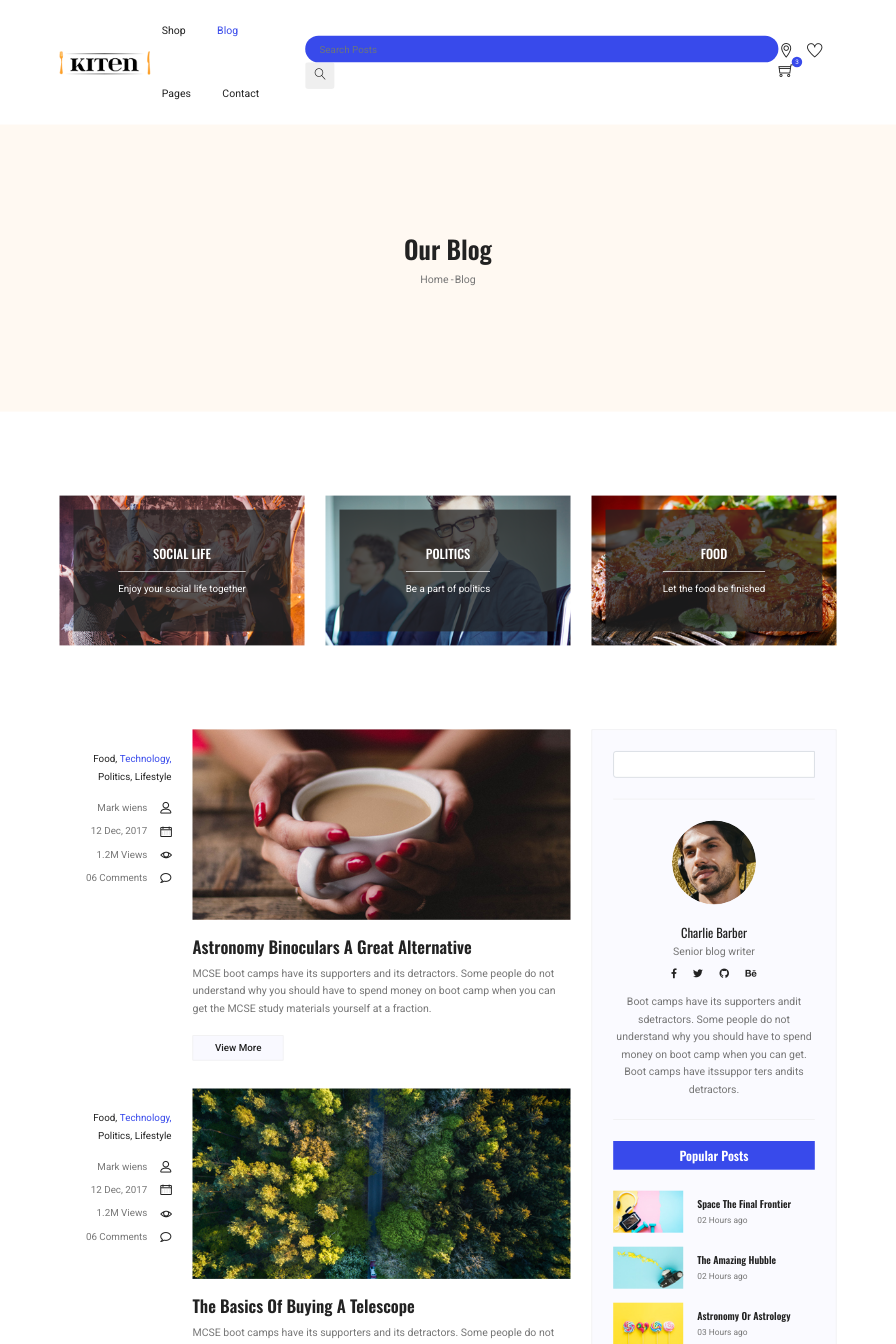
Repository: miniwon/semiProject_KITEN
Page: http://localhost/KITEN/WEB-INF/views/blog.jsp
An editor plug-in stored every save of this project. The page is shown before and after the next save, followed by the edit.
The browser window is 1280 px wide. The pictures show the part of the page from y = 0 to 1920 px (the page is 4573 px tall before and 4484 px after), at 70% of full size.
The page is served by Tomcat 9. Nobody is signed in. The template is opened directly, without the code that normally fills it, so the values that code supplies are empty.

Above is the page before, as saved 2022-11-17 02:47:30.

After the next save:
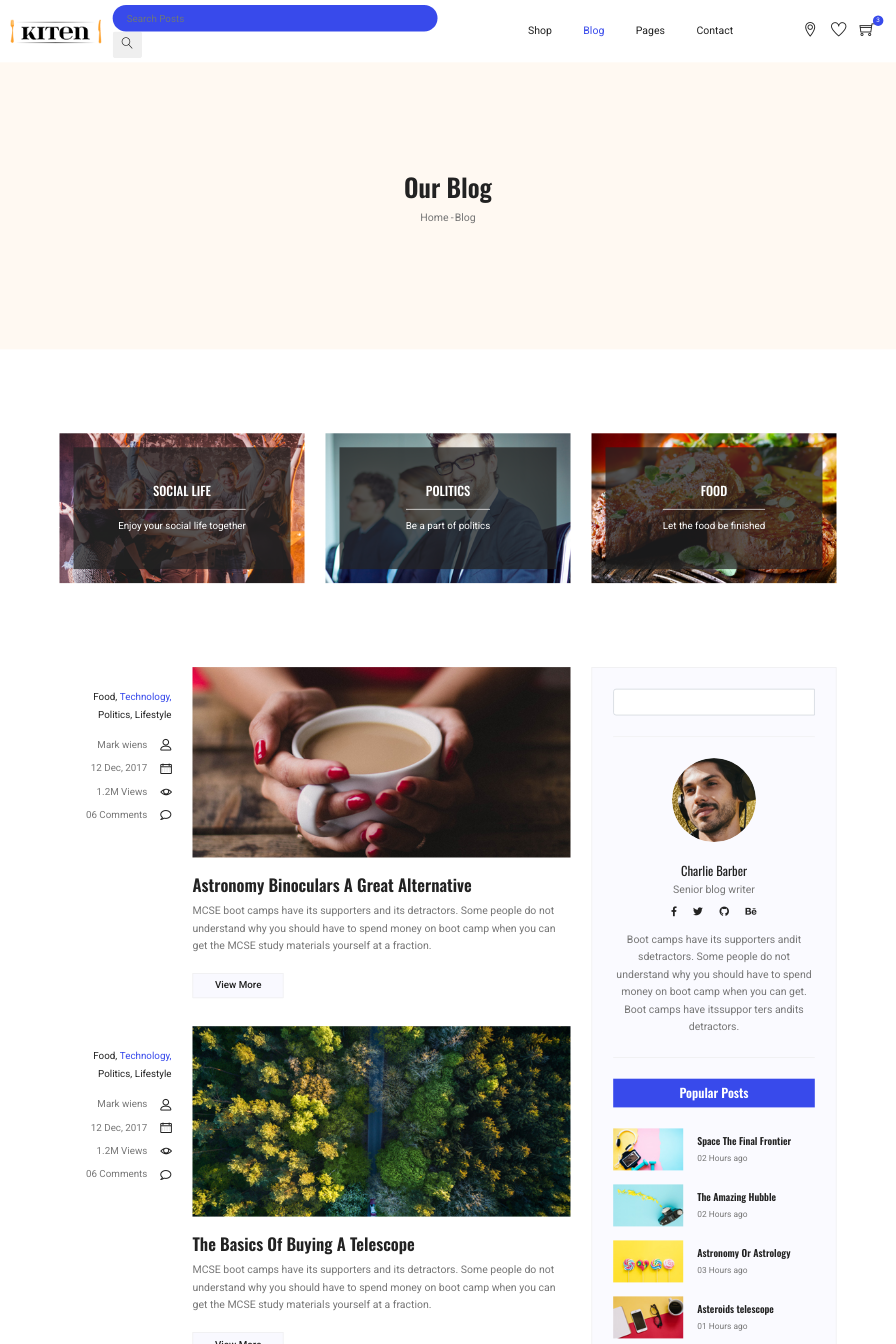
Saved 14 s later.
--- a/KITEN/src/main/webapp/WEB-INF/views/blog.jsp
+++ b/KITEN/src/main/webapp/WEB-INF/views/blog.jsp
@@ -31,6 +31,15 @@
 						aria-label="Toggle navigation">
 						<span class="icon-bar"></span> <span class="icon-bar"></span> <span class="icon-bar"></span>
 					</button>
+					<div class="input-group">
+						<input type="text" class="form-control" placeholder="Search Posts"> <span class="input-group-btn">
+							<button class="btn btn-default" type="button">
+								<i class="lnr lnr-magnifier"></i>
+							</button>
+						</span>
+					</div>
+				</div>
+				<div class="container">
 					<div class="collapse navbar-collapse offset" id="navbarSupportedContent">
 						<ul class="nav navbar-nav menu_nav ml-auto mr-auto">
 							<li class="nav-item submenu dropdown"><a href="#" class="nav-link dropdown-toggle" data-toggle="dropdown" role="button" aria-haspopup="true" aria-expanded="false">Shop</a>
@@ -54,13 +63,6 @@
 								</ul></li>
 							<li class="nav-item"><a class="nav-link" href="contact.html">Contact</a></li>
 						</ul>
-						<div class="input-group">
-							<input type="text" class="form-control" placeholder="Search Posts"> <span class="input-group-btn">
-								<button class="btn btn-default" type="button">
-									<i class="lnr lnr-magnifier"></i>
-								</button>
-							</span>
-						</div>
 						<ul class="nav-shop">
 							<li class="nav-item"><button>
 									<i class="ti-location-pin"></i>
